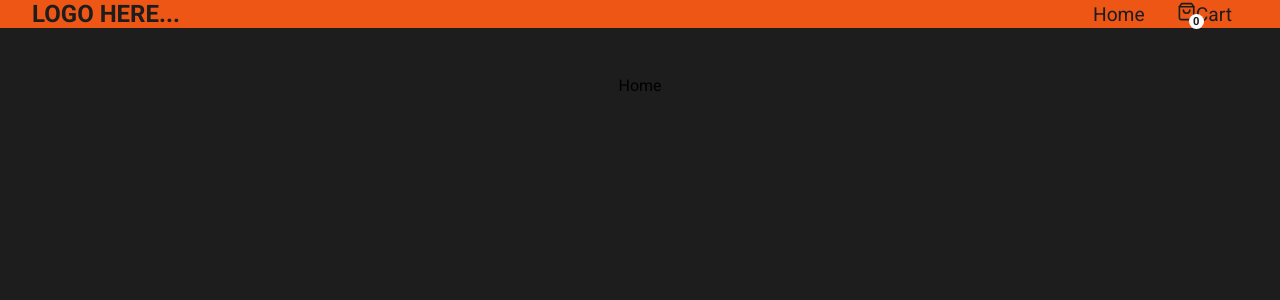
Repository: suraj-yadav7/eCommerce-Cart-React
Page: /
These files come from the project's save history. The page is drawn as it stood at one moment and after the next save; the edit follows.
The browser window is 1280 px wide. The pictures show the whole page.
The project was rebuilt for these pictures with package versions that can differ from the ones it lists, and the page was loaded fresh each time.

Above is the page before, as saved 2023-03-25 20:48:19.

### src/App.js
import "./styles/app.scss";
import { BrowserRouter as Router,Routes, Route} from "react-router-dom";
import Header from "./Components/Header"
import Home from "./Components/Home"
function App() {
  return (
<Router>
<Header/>
<Routes>
  <Route path="/" element={<Home/>}/>
</Routes>
</Router>
  );
}

export default App;

### src/styles/app.scss
@import url('https://fonts.googleapis.com/css2?family=Roboto:ital,wght@0,100;0,300;0,400;0,500;0,700;1,700&display=swap');

@import "colors";
@import "header";
@import "home";

*{
    margin:0;
    padding:0;
    box-sizing: border-box;
    text-decoration: none;
    font-family: "Roboto", sans-serif;
}

body{
    background-color: $primary;

}

h1{
    color: $secondary;
}

### src/Components/Header.jsx
import React from 'react'
import { Link } from 'react-router-dom'
import {FiShoppingBag} from "react-icons/fi"

const Header = () => {
  return (
 <>
 <nav>
    <h2>Logo here...</h2>
    <div>
        <Link to={"/"}>Home</Link>
        <Link to={"/cart"}><FiShoppingBag/>Cart
        <p>0</p>
        </Link>
    </div>
 </nav>

 </>
  )
}

export default Header

### src/Components/Home.jsx
import React from 'react'

const Home = () => {
  return (
    <>
    <div className='home'>
    Home
    </div>

    </>
  )
}

export default Home

### src/styles/colors.scss
$primary : rgb(29,29,29);
$primarydark : rgb(18,18,18);
$secondary : rgb(237,86,21);
$secondarydark : rgb(197,72,18);
$tertiary: #ffff;

### src/styles/header.scss
@import "colors";

nav{
    background-color: $secondary;
    display: flex;
    justify-content: space-between;
    padding: 0 2rem;

    >h2{
        text-transform: uppercase;
        color: $primary;
    }
    >div{
        display: flex;
        align-items: center;

    >a{
            color:$primary;
            font-size: 1.2rem;
            margin: 0 1rem;
            transition: all 0.3s;
            &:hover{
                opacity: 0.5;
            }
            >p{
                position:absolute;
                background-color: $tertiary;
                border-radius: 50%;
                width: 15px;
                height: 15px;
                font: 900 0.7rem "Roboto";
                display: grid;
                place-items: center;
                transform: translate(80%, -80%);
            }
        }
    }


}

### src/styles/home.scss
@import "colors";
.home{
    display: flex;
    justify-content: center;
    flex-wrap: wrap;
    padding: 3rem;
}

Loaded but not shown: public/index.html (common file); src/index.js (common file)

After the next save:
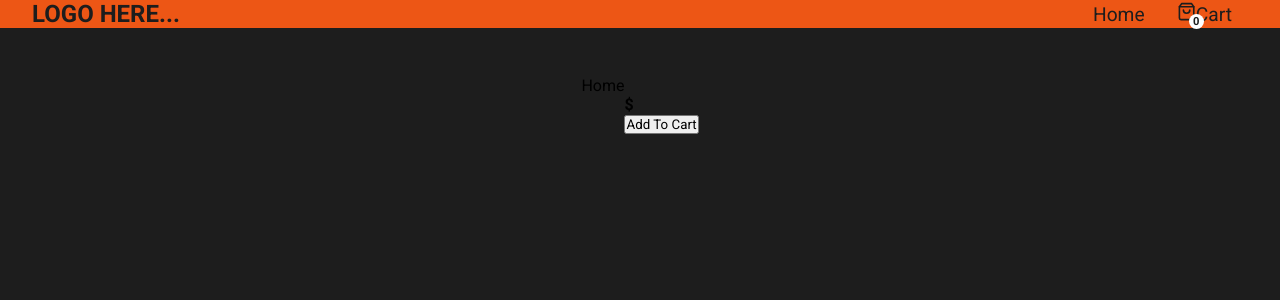
Saved 7 min 55 s later.
--- a/src/Components/Home.jsx
+++ b/src/Components/Home.jsx
@@ -5,10 +5,21 @@
     <>
     <div className='home'>
     Home
+    <ProductCard/>
     </div>
 
     </>
   )
 }
 
+const ProductCard = ({name,id, price, handler, imgSrc})=>(
+  <div className='productCard'>
+  <img src={imgSrc} alt={name} />
+  <p>{name}</p>
+  <h4>${price}</h4>
+  <button onClick={()=>handler()}>Add To Cart</button>
+  </div>
+
+)
+
 export default Home
